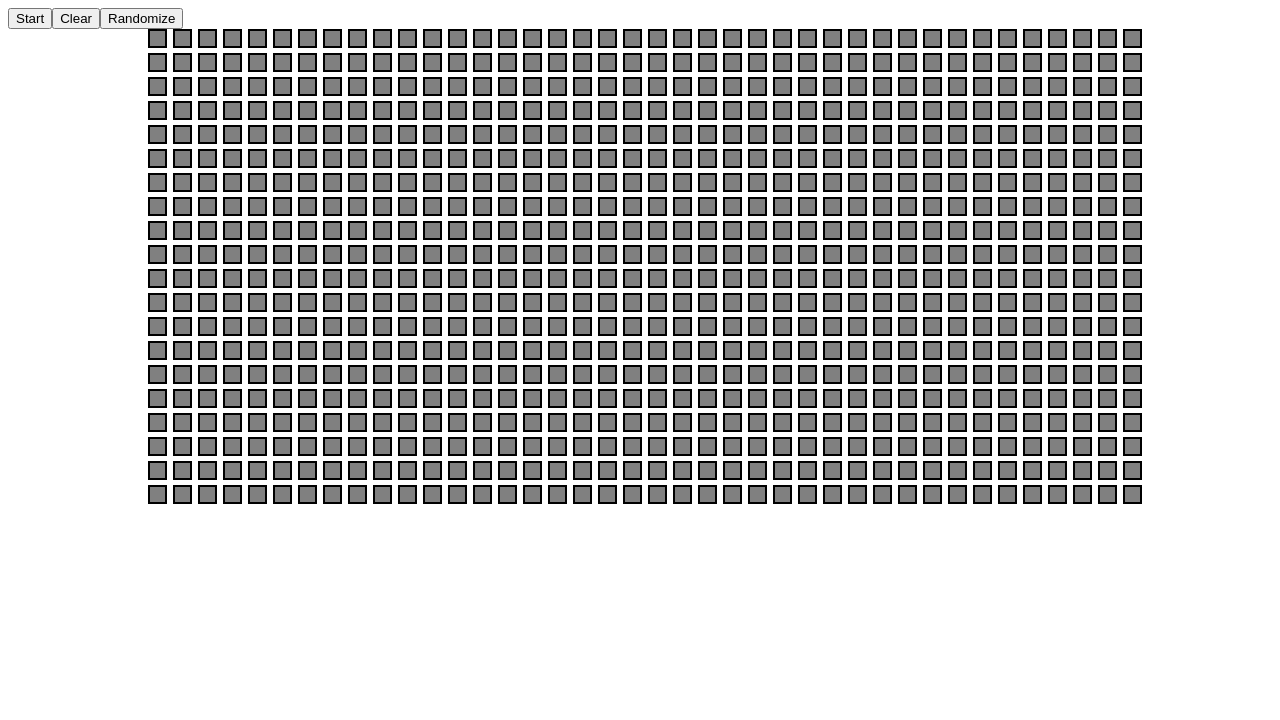
Repository: avanbussum/cellular-automata
Page: /
An editor plug-in stored every save of this project. The page is shown before and after the next save, followed by the edit.
The browser window is 1280 px wide. The pictures show the whole page.
The project was rebuilt for these pictures with package versions that can differ from the ones it lists, and the page was loaded fresh each time.

Above is the page before, as saved 2023-04-29 01:18:07.

After the next save:
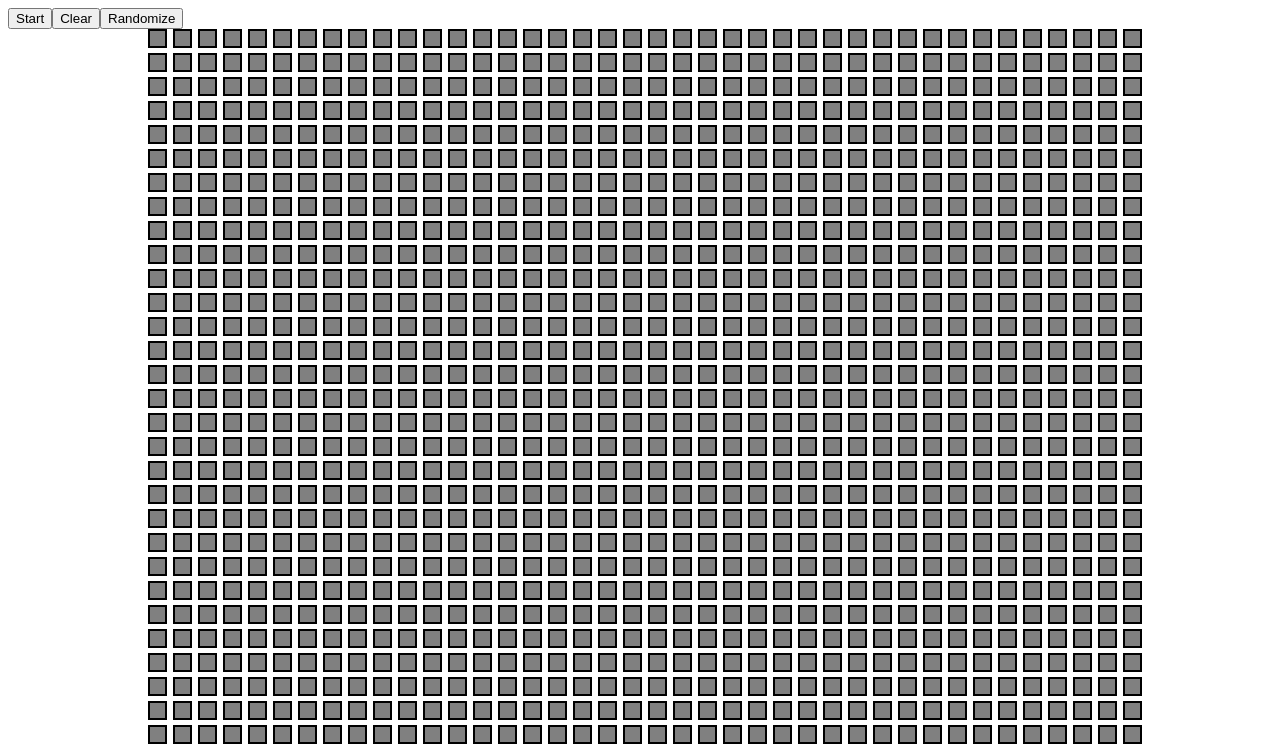
Saved 36 s later.
--- a/src/App.js
+++ b/src/App.js
@@ -1,7 +1,7 @@
 import React, { useState, useCallback, useRef } from 'react'
 import Produce from 'immer';
 
-const numRows = 20;
+const numRows = 30;
 const numCols = 40;
 
 let rps = false;
